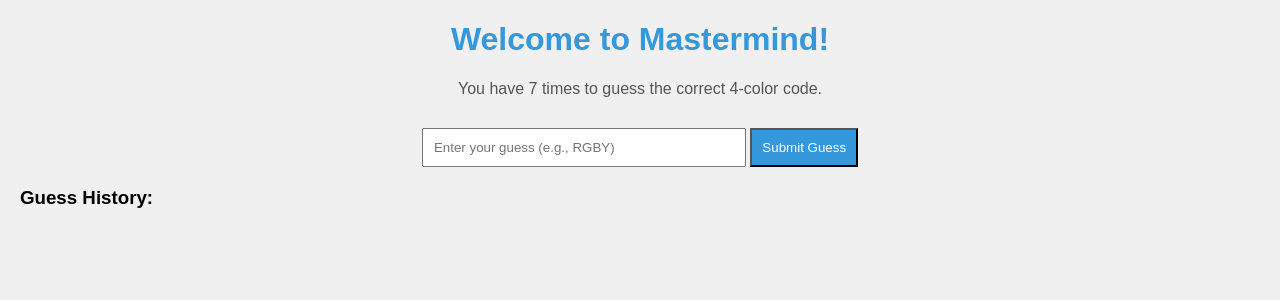
Repository: cheasopheaknita/Mastermind_Game
Page: http://localhost/
The author's editor kept a copy of each file at every save. The page is drawn from the files as they stood at one save, then again after the next save.
The browser window is 1280 px wide. The pictures show the whole page.
The page is served by the project's application, run on Flask 3 (mastermind_project/app.py).

Above is the page before, as saved 2024-02-06 01:53:22.

After the next save:
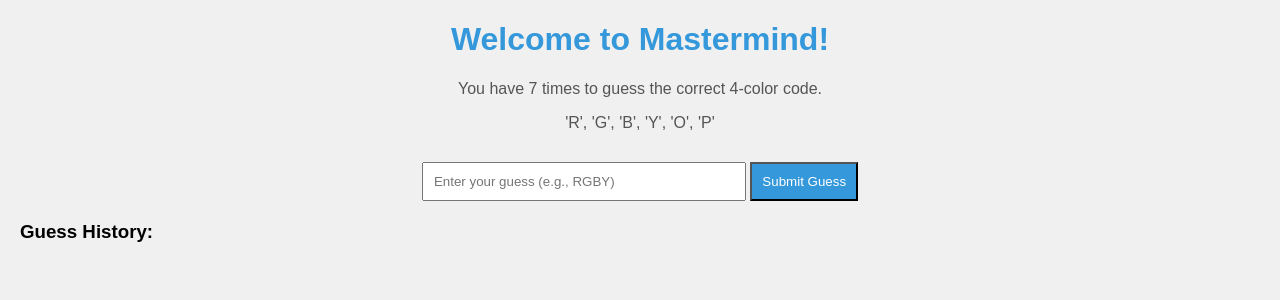
Saved 14 s later.
--- a/mastermind_project/templates/mastermind_game.html
+++ b/mastermind_project/templates/mastermind_game.html
@@ -71,7 +71,7 @@
 <body>
     <h1>Welcome to Mastermind!</h1>
     <p>You have 7 times to guess the correct 4-color code.</p>
-    <p></p>
+    <p>'R', 'G', 'B', 'Y', 'O', 'P'</p>
     <div id="result"></div>
 
     <input type="text" id="userGuess" placeholder="Enter your guess (e.g., RGBY)" size="30">
